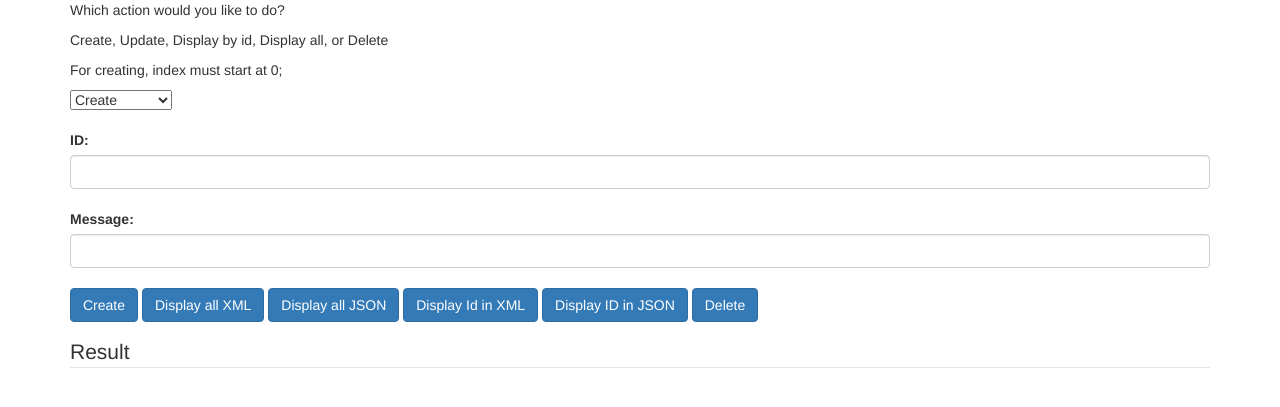
Repository: kddean/Lab4
Page: ToDoSystem/WebContent/ToDo.html
These files come from the project's save history. The page is drawn as it stood at one moment and after the next save; the edit follows.
The browser window is 1280 px wide. The pictures show the whole page.

Above is the page before, as saved 2016-04-02 02:11:14.
Console error: SyntaxError: Unexpected identifier 'dataType'

After the next save:
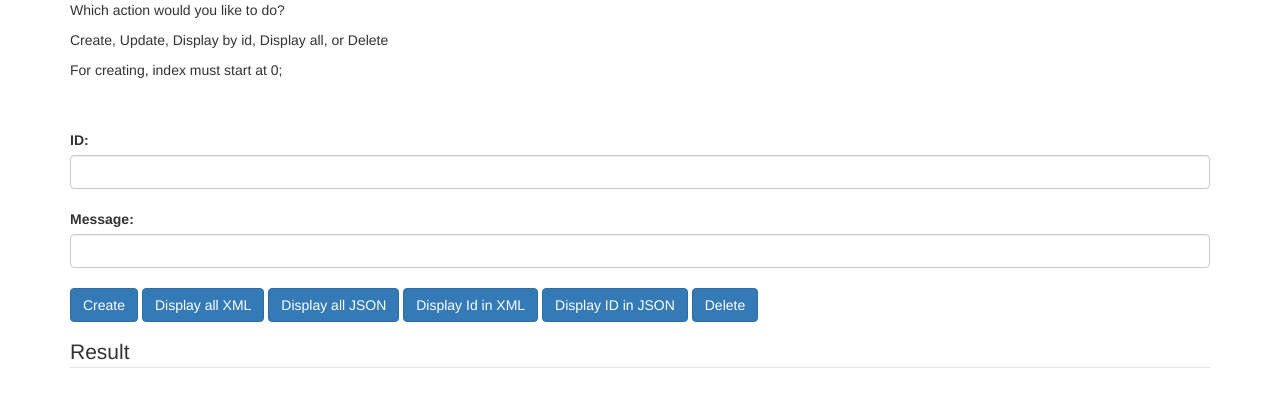
Saved 2 min 3 s later.
--- a/ToDoSystem/WebContent/ToDo.html
+++ b/ToDoSystem/WebContent/ToDo.html
@@ -16,13 +16,7 @@
 	<p>Which action would you like to do?</p>
 	<p>Create, Update, Display by id, Display all, or Delete</p>
 	<p> For creating, index must start at 0; </p>
-	<select name="actions">
-		<option value="create">Create</option>
-  		<option value="update">Update</option>
-  		<option value="displayid">Display by id</option>
-  		<option value="displayall">Display all</option>
- 		<option value="delete">Delete</option>
-	</select>
+
 	<br><br>
 	<label>ID:</label><input type="text" class="form-control" name="id">
 	<br>
